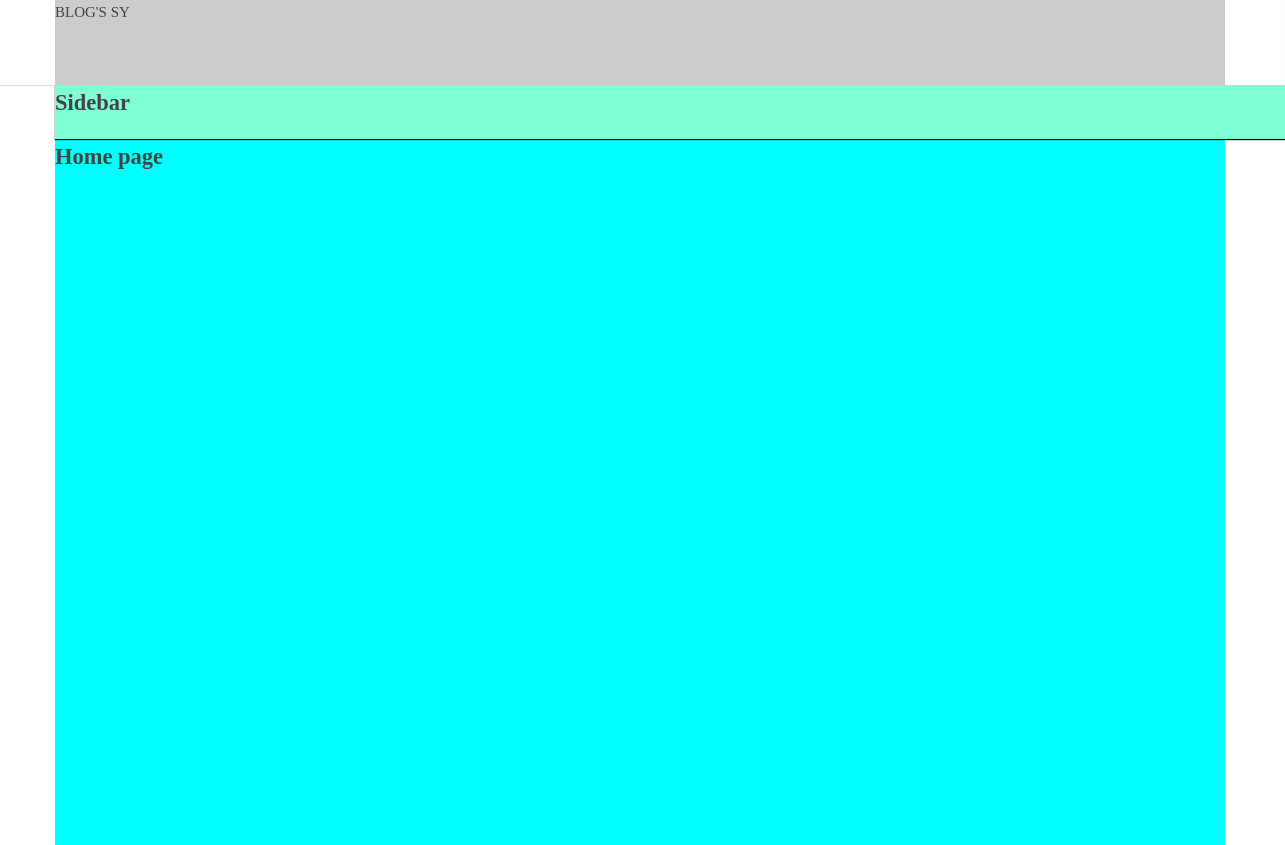
Repository: SyLe-Van/Make-Colorful
Page: /
The author's editor kept a copy of each file at every save. The page is drawn from the files as they stood at one save, then again after the next save.
The browser window is 1280 px wide. The page is 1285 px wide, so the pictures cover 1285 px, including what lies to the right of the window. The pictures show the whole page.
Some web fonts or font styles are not loaded; a fallback is used. The project was rebuilt for these pictures with package versions that can differ from the ones it lists, and the page was loaded fresh each time. Also part of the build but not shown: src/pages/cinema/index.js, src/pages/fashion/index.js, src/pages/grooming/index.js, src/pages/lifestyle/index.js, src/pages/contact/index.js.

Above is the page before, as saved 2023-10-10 20:51:19.

After the next save:
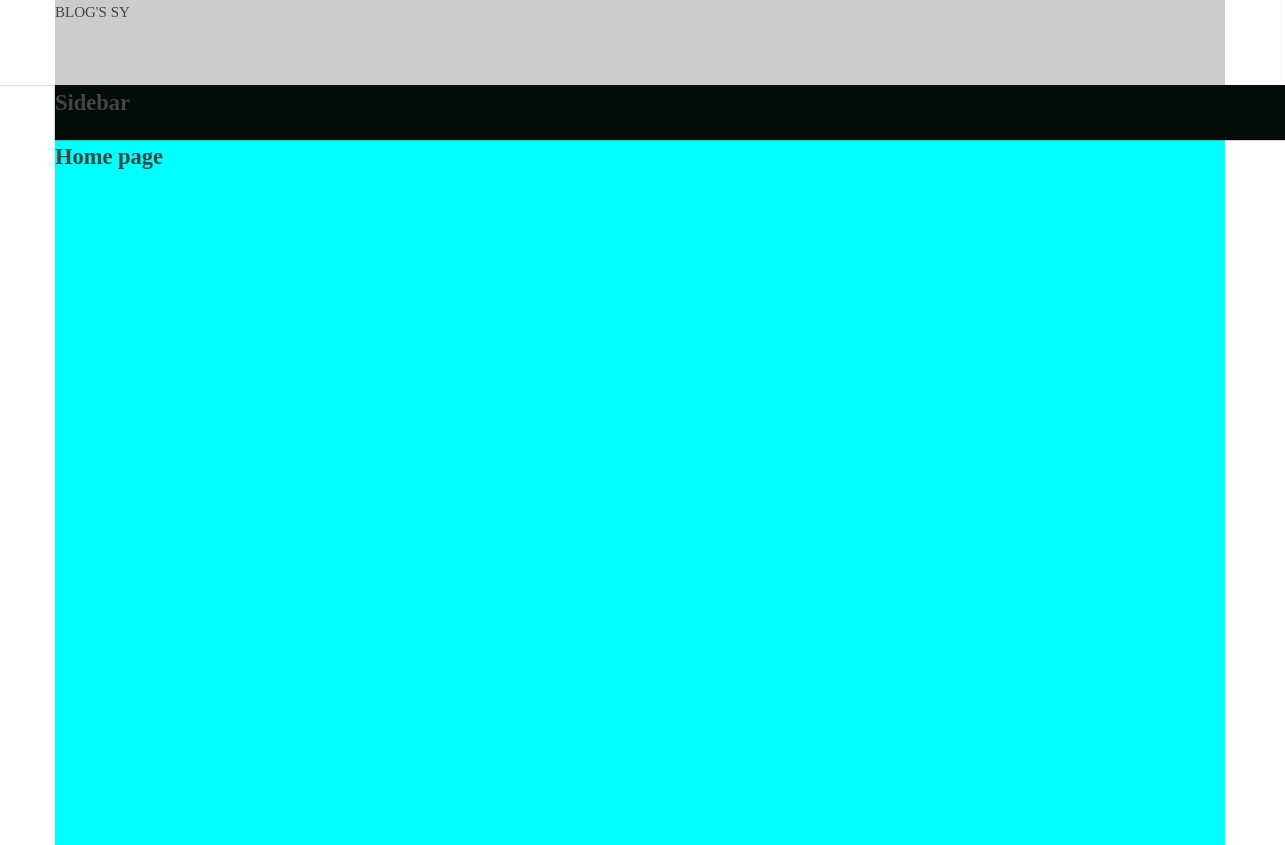
Saved 48 s later.
--- a/src/components/Layout/DefaultLayout/Sidebar/Sidebar.module.scss
+++ b/src/components/Layout/DefaultLayout/Sidebar/Sidebar.module.scss
@@ -1,6 +1,6 @@
 .wrapper {
     width: 1230px;
     min-height: 54px;
-    background-color: aquamarine;
+    background-color: rgb(3, 12, 9);
     box-shadow: 0px 1px 1px rgb(0, 0, 0);
 }
